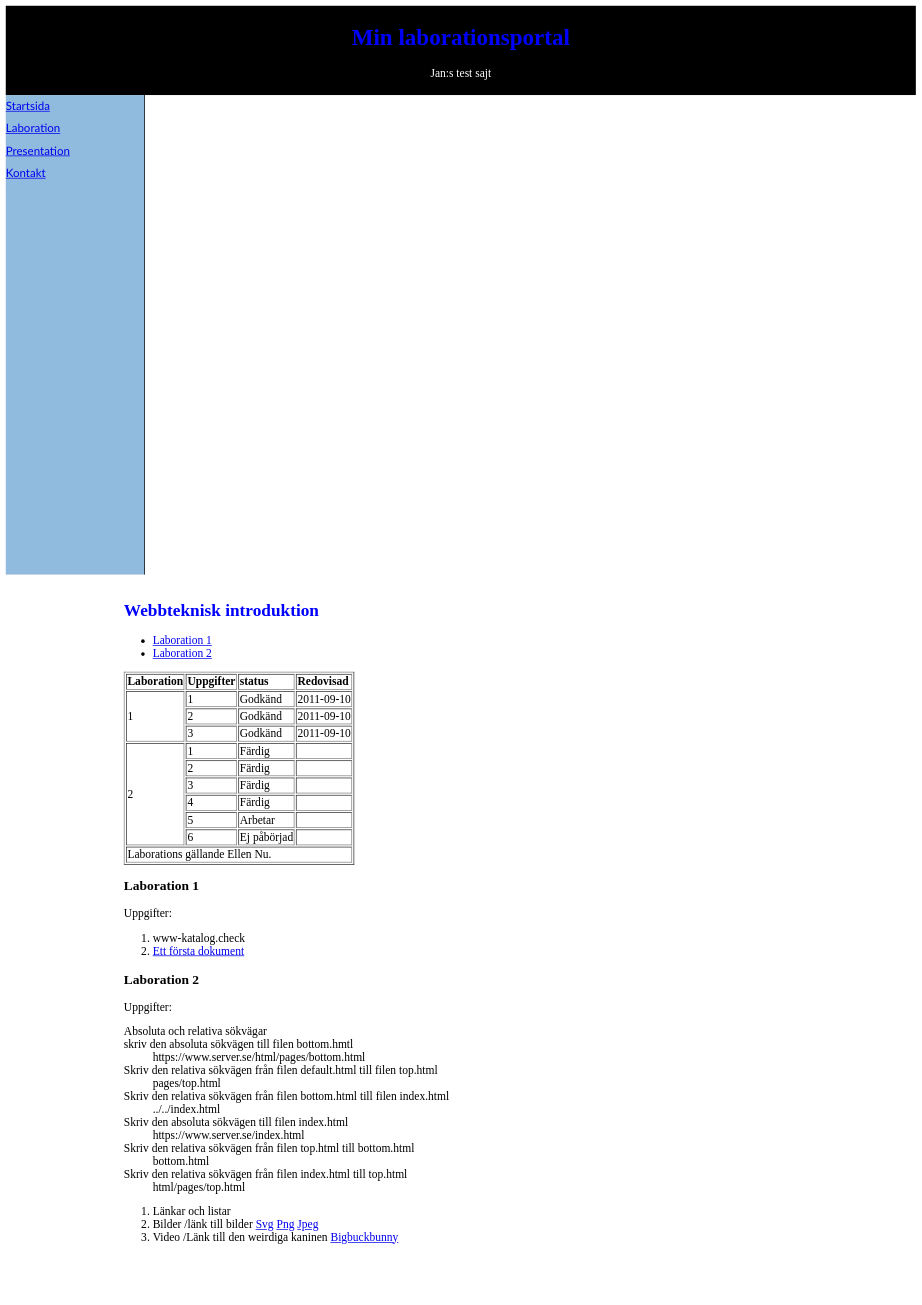
Repository: jt222ic/1ik415-jt222ic-lab-1
Page: pages/laboration.html
The author's editor kept a record of every edit. The page is drawn from the files as they stood at one moment, then again after the next edit.
The browser window is 1280 px wide. The pictures show the whole page, at 72% of full size.

Above is the page before.

### pages/laboration.html
<!DOCTYPE html>
<html lang="en-sv">
    <head>
        <meta charset="utf-8" />
        <title>Laborationsportal</title>
        <link rel="stylesheet" href="Csss/style.css" />
    </head>
    <body>


    <div id="header">
        <h1>Min laborationsportal</h1>

        <p>Jan:s test sajt</p>
   </div>



   <div id="nav">
     <ul>
          <li><a href="../index.html" class="active"> Startsida</a></li>
          <li><a href="laboration.html" class="active"> Laboration</a></li>
          <li><a href ="presentation.html" class="active"> Presentation</a></li>
          <li><a href ="kontakt.html" class="active"> Kontakt</a></li>
    </ul>
    </div>
<div id="section">
    <h2>Webbteknisk introduktion</h2>

    <ul>
    <li><a href="laboration.html#lab1"> Laboration 1</a></li>
    <li><a href="laboration.html#lab2"> Laboration 2</a></li>


    </ul>

    <table border="1">
    <thead>

<tr>
            <td><strong>Laboration</strong></td>
            <td><strong>Uppgifter</strong></td>
            <td><strong>status</strong></td>
            <td><strong>Redovisad</strong></td>
</tr>
        </thead>
<tbody>
<tr>
            <td rowspan="3">1</td>
            <td>1</td>
            <td>Godkänd</td>
            <td>2011-09-10</td>
</tr>

<tr>
            <td>2</td>
            <td>Godkänd</td>
            <td>2011-09-10</td>

</tr>

            <tr>
            <td>3 </td>
            <td>Godkänd</td>
            <td>2011-09-10</td>

</tr>
<tr>
            <td rowspan="6">2</td>
            <td>1</td>
            <td>Färdig</td>
            <td></td>



</tr>
<tr>
            <td>2</td>
            <td>Färdig</td>
            <td></td>
</tr>
<tr>
            <td>3</td>
            <td>Färdig</td>
            <td></td>




</tr>

<tr>
            <td>4</td>
            <td>Färdig</td>
            <td></td>




</tr>
<tr>
            <td>5</td>
            <td>Arbetar</td>
            <td></td>




</tr>
<tr>
            <td>6</td>
            <td>Ej påbörjad</td>
            <td></td>




</tr>
</tbody>
<tfoot>
<tr>
            <td colspan="4">Laborations gällande Ellen Nu.</td>
</tr>


</tfoot>

</table>




    <a id="lab1"></a>
    <h3>Laboration 1</h3>
    <p>Uppgifter:</p>



<ol>
        <li> www-katalog.check </li>
        <li><a href ="Presentation.html">Ett första dokument</a></li>
</ol>

    <h3>Laboration 2</h3>
    <p>Uppgifter:</p>





        <a id="lab2"></a>






                <dl>
                     <dt>Absoluta och relativa sökvägar</dt>
                    <dt>skriv den absoluta sökvägen till filen bottom.hmtl </dt>
                    <dd>https://www.server.se/html/pages/bottom.html</dd>
                    <dt>Skriv den relativa sökvägen från filen default.html till filen top.html</dt>
                    <dd>pages/top.html</dd>
                    <dt>Skriv den relativa sökvägen från filen bottom.html till filen index.html</dt>
                    <dd>../../index.html</dd>
                    <dt>Skriv den absoluta sökvägen till filen index.html</dt>
                    <dd>https://www.server.se/index.html</dd>
                    <dt>Skriv den relativa sökvägen från filen top.html till bottom.html</dt>
                    <dd>bottom.html</dd>
                    <dt>Skriv den relativa sökvägen från filen index.html till top.html</dt>
                    <dd>html/pages/top.html</dd>
                </dl>

<ol>
        <li>Länkar och listar</li>
        <li>Bilder /länk till bilder <a href="../index.html#ankar">Svg</a>
        <a href="../index.html#sten" >Png</a>
        <a href="presentation.html#bild">Jpeg</a>

        </li>
        <li>Video /Länk till den weirdiga kaninen <a href="../index.html#bunny">Bigbuckbunny</a></li>
</ol>


</div>
<div id="footer">
<p>Copyright JanTranCompany</p>
</div>

    </body>
</html>

### pages/Csss/style.css


body{
 background-color:;
}

h1, h2{
    color:blue;
}



#header {
    background-color:black;
    color:white;
    text-align:center;
    padding:5px;
}

#section {
    width:1100px;
    float:right;
    padding:10px
    float:right;
    text-align:left;
}
#footer {
    background-color:white;
    color:white;
    clear:both;
    text-align:center;
    padding:5px;


}
#nav{
    line-height:30px;
    background-color:blue;
    height:650px;
    width:200px;
    float:left;
    padding:5px;
}

#nav {
	width: 12em;
	border-right: 1px solid #000;
	padding: 0 0 1em 0;
	margin-bottom: 1em;
	font-family: 'Trebuchet MS', 'Lucida Grande', Verdana, Arial, sans-serif;
	background-color: #90bade;
	color: #333;
}

#nav ul {
	list-style: none;
	margin: 0;
	padding: 0;
	border: none;
}

#nav li {
	border-bottom: 1px solid #90bade;
	margin: 0;
	list-style: none;
	list-style-image: none;
}

#button li a {
	display: block;
	padding: 5px 5px 5px 0.5em;
	border-left: 10px solid #1958b7;
	border-right: 10px solid #508fc4;
	background-color: #2175bc;
	color: #fff;
	text-decoration: none;
	width: 100%;
}

html>body #button li a {
	width: auto;
}

#button li a:hover {
	border-left: 10px solid #1c64d1;
	border-right: 10px solid #5ba3e0;
	background-color: #2586d7;
	color: #fff;
}

After the next edit:
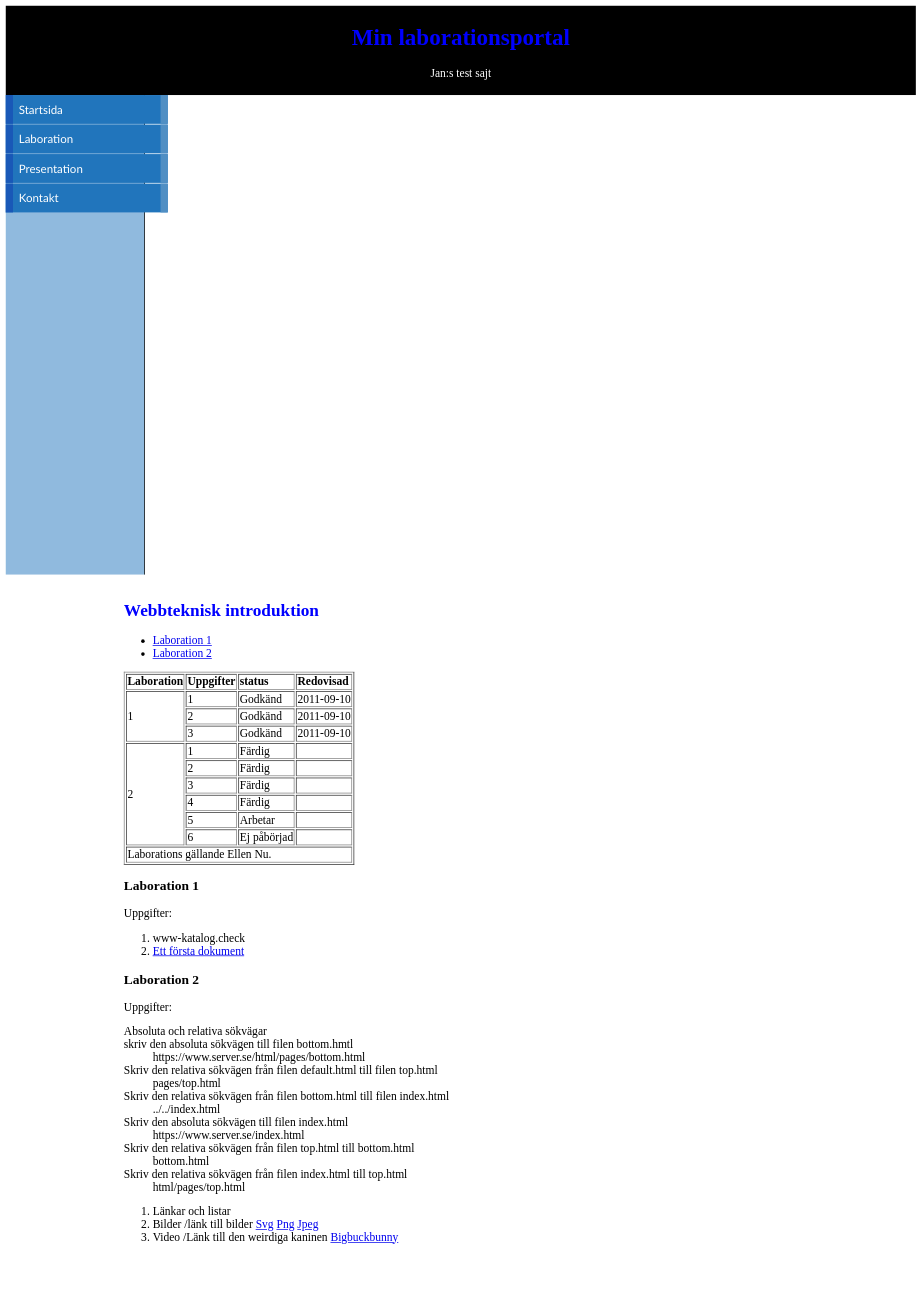
The edit:
--- a/pages/Csss/style.css
+++ b/pages/Csss/style.css
@@ -66,7 +66,7 @@
 	list-style-image: none;
 }
 
-#button li a {
+#nav li a {
 	display: block;
 	padding: 5px 5px 5px 0.5em;
 	border-left: 10px solid #1958b7;
